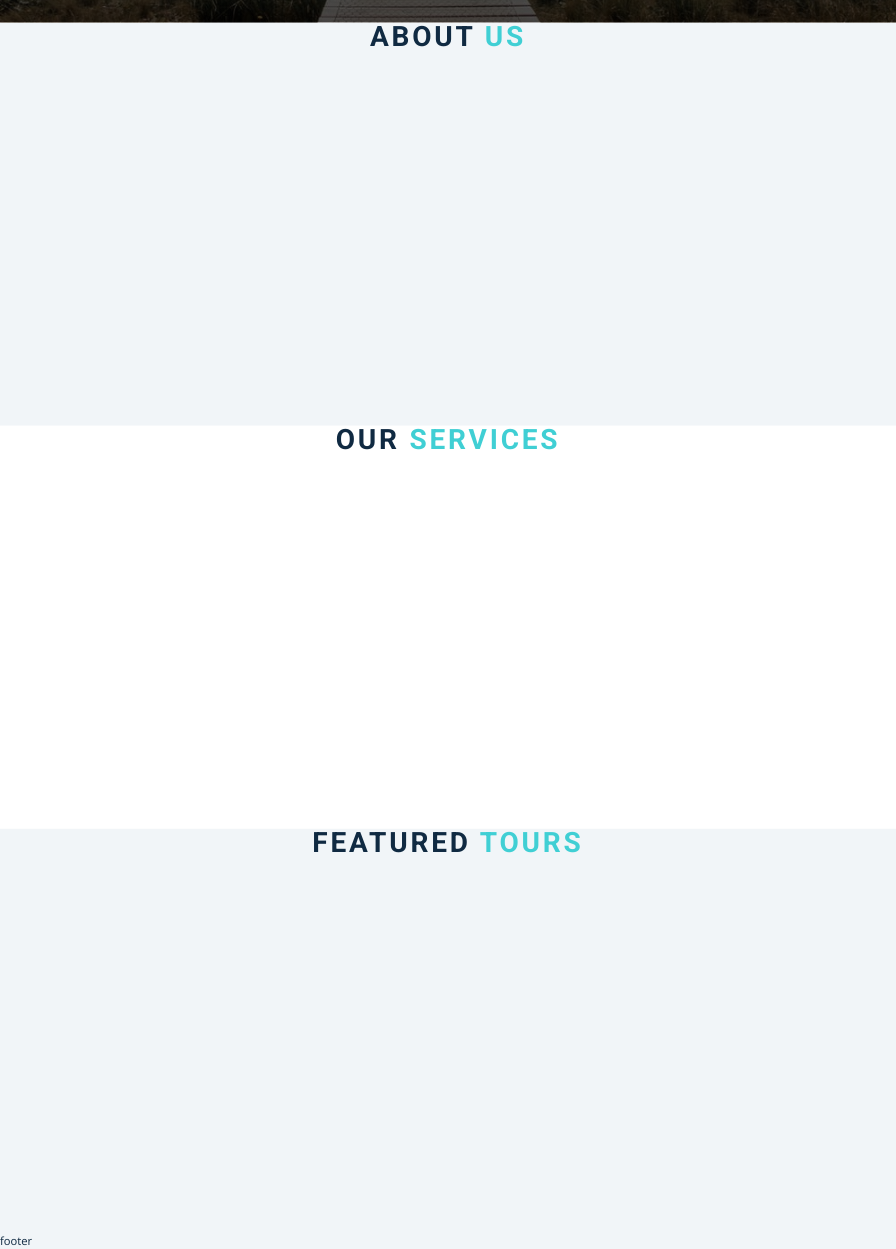
Repository: spidero7/Scroll
Page: index.html
These files come from the project's save history. The page is drawn as it stood at one moment and after a run of saves; the edit follows.
The browser window is 1280 px wide. The pictures show the part of the page from y = 770 to 2690 px (the page is 2554 px tall before and 2690 px after), at 70% of full size.
Some web libraries are served in a nearby version.

Above is the page before, as saved 2021-10-07 07:53:24.

### index.html
<!DOCTYPE html>
<html lang="en">
<head>
    <meta charset="UTF-8">
    <meta http-equiv="X-UA-Compatible" content="IE=edge">
    <meta name="viewport" content="width=device-width, initial-scale=1.0">
    <title>Scroll</title>
    <link rel="stylesheet" href="styles.css">
    <link rel="stylesheet" href="https://cdnjs.cloudflare.com/ajax/libs/font-awesome/5.14.0/css/all.min.css">
</head>
<body>
    <!-- header  -->
    <header id="home">
        <!-- navbar -->
        <nav id="nav">
            <div class="nav-center">
                <!-- nav header  -->
                <div class="nav-header">
                    <img src="./imgs/logo.svg" alt="logo" class="logo"/>
                    <button class="nav-toggle">
                        <i class="fas fa-bars"></i>
                    </button>
                </div>
                <!-- links -->
                <div class="links-container">
                    <ul class="links">
                        <li>
                          <a href="#home" class="scroll-link">home</a>
                        </li>
                        <li>
                          <a href="#about" class="scroll-link">about</a>
                        </li>
                        <li>
                          <a href="#services" class="scroll-link">services</a>
                        </li>
                        <li>
                          <a href="#tours" class="scroll-link">tours</a>
                        </li>
                      </ul>
                </div>
            </div>
        </nav>
        <!-- banner -->
        <div class="banner">
            <div class="container">
                <h1>scroll project</h1>
                <p>
                    Lorem ipsum dolor sit amet consectetur, adipisicing elit. Odio saepe officiis,
                    tempore quae nobis, perferendis id temporibus, harum minima voluptatum animi non
                    praesentium atque? Expedita, possimus deserunt. Sunt, suscipit nulla?
                </p>
                <a href="#tours" class="scroll-link btn btn-white">
                    explore tours
                </a>
            </div>
        </div>
    </header>
    <!-- about -->
    <section id="about" class="section">
        <div class="title">
            <h2>about <span>us</span></h2>
        </div>
    </section>
    <!-- services -->
    <section id="services" class="section">
        <div class="title">
            <h2>our <span>services</span></h2>
        </div>
    </section>
    <!-- tours -->
    <section id="tours" class="section">
        <div class="title">
            <h2>featured <span>tours</span></h2>
        </div>
    </section>
    <!-- footer -->
    footer
    <script src="app.js"></script>
</body>
</html>

### styles.css
/*
===============
Fonts
===============
*/
@import url("https://fonts.googleapis.com/css?family=Open+Sans|Roboto:400,700&display=swap");

/*
===============
Variables
===============
*/

:root {
  /* dark shades of primary color*/
  --clr-primary-1: hsl(205, 86%, 17%);
  --clr-primary-2: hsl(205, 77%, 27%);
  --clr-primary-3: hsl(205, 72%, 37%);
  --clr-primary-4: hsl(205, 63%, 48%);
  /* primary/main color */
  --clr-primary-5: #49a6e9;
  /* lighter shades of primary color */
  --clr-primary-6: hsl(205, 89%, 70%);
  --clr-primary-7: hsl(205, 90%, 76%);
  --clr-primary-8: hsl(205, 86%, 81%);
  --clr-primary-9: hsl(205, 90%, 88%);
  --clr-primary-10: hsl(205, 100%, 96%);
  /* darkest grey - used for headings */
  --clr-grey-1: hsl(209, 61%, 16%);
  --clr-grey-2: hsl(211, 39%, 23%);
  --clr-grey-3: hsl(209, 34%, 30%);
  --clr-grey-4: hsl(209, 28%, 39%);
  /* grey used for paragraphs */
  --clr-grey-5: hsl(210, 22%, 49%);
  --clr-grey-6: hsl(209, 23%, 60%);
  --clr-grey-7: hsl(211, 27%, 70%);
  --clr-grey-8: hsl(210, 31%, 80%);
  --clr-grey-9: hsl(212, 33%, 89%);
  --clr-grey-10: hsl(210, 36%, 96%);
  --clr-white: #fff;
  --clr-red-dark: hsl(360, 67%, 44%);
  --clr-red-light: hsl(360, 71%, 66%);
  --clr-green-dark: hsl(125, 67%, 44%);
  --clr-green-light: hsl(125, 71%, 66%);
  --clr-secondary: hsla(182, 63%, 54%);
  --clr-black: #222;
  --ff-primary: "Roboto", sans-serif;
  --ff-secondary: "Open Sans", sans-serif;
  --transition: all 0.3s linear;
  --spacing: 0.25rem;
  --radius: 0.5rem;
  --light-shadow: 0 5px 15px rgba(0, 0, 0, 0.1);
  --dark-shadow: 0 5px 15px rgba(0, 0, 0, 0.2);
  --max-width: 1170px;
  --fixed-width: 620px;
}
/*
===============
Global Styles
===============
*/
html {
  scroll-behavior: smooth;
}
*,
::after,
::before {
  margin: 0;
  padding: 0;
  box-sizing: border-box;
}
body {
  font-family: var(--ff-secondary);
  background: var(--clr-grey-10);
  color: var(--clr-grey-1);
  line-height: 1.5;
  font-size: 0.875rem;
}
ul {
  list-style-type: none;
}
a {
  text-decoration: none;
}
img:not(.logo) {
  width: 100%;
}
img {
  display: block;
}

h1,
h2,
h3,
h4 {
  letter-spacing: var(--spacing);
  text-transform: capitalize;
  line-height: 1.25;
  margin-bottom: 0.75rem;
  font-family: var(--ff-primary);
}
h1 {
  font-size: 3rem;
}
h2 {
  font-size: 2rem;
}
h3 {
  font-size: 1.25rem;
}
h4 {
  font-size: 0.875rem;
}
p {
  margin-bottom: 1.25rem;
  color: var(--clr-grey-5);
}
@media screen and (min-width: 800px) {
  h1 {
    font-size: 4rem;
  }
  h2 {
    font-size: 2.5rem;
  }
  h3 {
    font-size: 1.75rem;
  }
  h4 {
    font-size: 1rem;
  }
  body {
    font-size: 1rem;
  }
  h1,
  h2,
  h3,
  h4 {
    line-height: 1;
  }
}
/*  global classes */

.btn {
  text-transform: uppercase;
  background: transparent;
  color: var(--clr-black);
  padding: 0.375rem 0.75rem;
  letter-spacing: var(--spacing);
  display: inline-block;
  transition: var(--transition);
  font-size: 0.875rem;
  border: 2px solid var(--clr-black);
  cursor: pointer;
  box-shadow: 0 1px 3px rgba(0, 0, 0, 0.2);
  border-radius: var(--radius);
}
.btn:hover {
  color: var(--clr-white);
  background: var(--clr-black);
}
.btn-white {
  color: var(--clr-white);
  border-color: var(--clr-white);
  border-radius: 0;
  padding: 0.5rem 1rem;
}
.btn:hover {
  background: var(--clr-white);
  color: var(--clr-secondary);
}
/* section */
.section {
  padding-bottom: 5rem;
}

.section-center {
  width: 90vw;
  margin: 0 auto;
  max-width: 1170px;
}
@media screen and (min-width: 992px) {
  .section-center {
    width: 95vw;
  }
}
main {
  min-height: 100vh;
  display: grid;
  place-items: center;
}
/*
===============
Scroll
===============
*/
/* navbar */
nav {
  background: var(--clr-white);
  padding: 1rem 1.5rem;
}
/* fixed nav */
.fixed-nav {
  position: fixed;
  top: 0;
  left: 0;
  width: 100%;
  background: var(--clr-white);
  box-shadow: var(--light-shadow);
}
.fixed-nav .links a {
  color: var(--clr-grey-1);
}
.fixed-nav .links a:hover {
  color: var(--clr-secondary);
}
/* .fixed-nav .links-container {
  height: auto !important;
} */
.nav-header {
  display: flex;
  align-items: center;
  justify-content: space-between;
}
.nav-toggle {
  font-size: 1.5rem;
  color: var(--clr-grey-1);
  background: transparent;
  border-color: transparent;
  transition: var(--transition);
  cursor: pointer;
}
.nav-toggle:hover {
  color: var(--clr-secondary);
}
.logo {
  height: 50px;
}
.links-container {
  height: 0;
  overflow: hidden;
  transition: var(--transition);
}
.show-links {
  height: 200px;
}
.links a {
  background: var(--clr-white);
  color: var(--clr-grey-5);
  font-size: 1.1rem;
  text-transform: capitalize;
  letter-spacing: var(--spacing);
  display: block;
  transition: var(--transition);
  font-weight: bold;
  padding: 0.75rem 0;
}
.links a:hover {
  color: var(--clr-grey-1);
}
@media screen and (min-width: 800px) {
  nav {
    background: transparent;
  }
  .nav-center {
    width: 90vw;
    max-width: 1170px;
    margin: 0 auto;
    display: flex;
    align-items: center;
    justify-content: space-between;
  }
  .nav-header {
    padding: 0;
  }
  .nav-toggle {
    display: none;
  }
  .links-container {
    height: auto !important;
  }
  .links {
    display: flex;
  }
  .links a {
    background: transparent;
    color: var(--clr-white);
    font-size: 1.1rem;
    text-transform: capitalize;
    letter-spacing: var(--spacing);
    display: block;
    transition: var(--transition);
    margin: 0 1rem;
    font-weight: bold;
    padding: 0;
  }
  .links a:hover {
    color: var(--clr-white);
  }
}
/* hero */
header {
  min-height: 100vh;
  background: linear-gradient(rgba(63, 208, 212, 0.5), rgba(0, 0, 0, 0.7)),
    url(./imgs/hero-bcg.jpeg) center/cover no-repeat;
}
.banner {
  min-height: 100vh;
  display: grid;
  place-items: center;
  text-align: center;
}
.container h1 {
  color: var(--clr-white);
  text-transform: uppercase;
}
.container p {
  color: var(--clr-white);
  max-width: 25rem;
  margin: 0 auto;
  margin-bottom: 1.25rem;
}
@media screen and (min-width: 768px) {
  .container p {
    max-width: 40rem;
  }
}
/* sections and title */
.title h2 {
  text-align: center;
  text-transform: uppercase;
}
.title span {
  color: var(--clr-secondary);
}
#about,
#services,
#tours {
  height: 80vh;
}
#services {
  background: var(--clr-white);
}
footer {
  background: var(--clr-grey-1);
  padding: 5rem 1rem;
}
footer p {
  color: var(--clr-white);
  text-align: center;
  text-transform: capitalize;
  letter-spacing: var(--spacing);
  margin-bottom: 0;
}

.top-link {
  font-size: 1.25rem;
  position: fixed;
  bottom: 3rem;
  right: 3rem;
  background: var(--clr-secondary);
  width: 2rem;
  height: 2rem;
  display: grid;
  place-items: center;
  border-radius: var(--radius);
  color: var(--clr-white);
  animation: bounce 2s ease-in-out infinite;

  visibility: hidden;
  z-index: -100;
}
.show-link {
  visibility: visible;
  z-index: 100;
}

@keyframes bounce {
  0% {
    transform: scale(1);
  }
  50% {
    transform: scale(1.5);
  }
  100% {
    transform: scale(1);
  }
}

Loaded but not shown: app.js (no stored copy; drawn as an empty file)

After the next 2 saves:
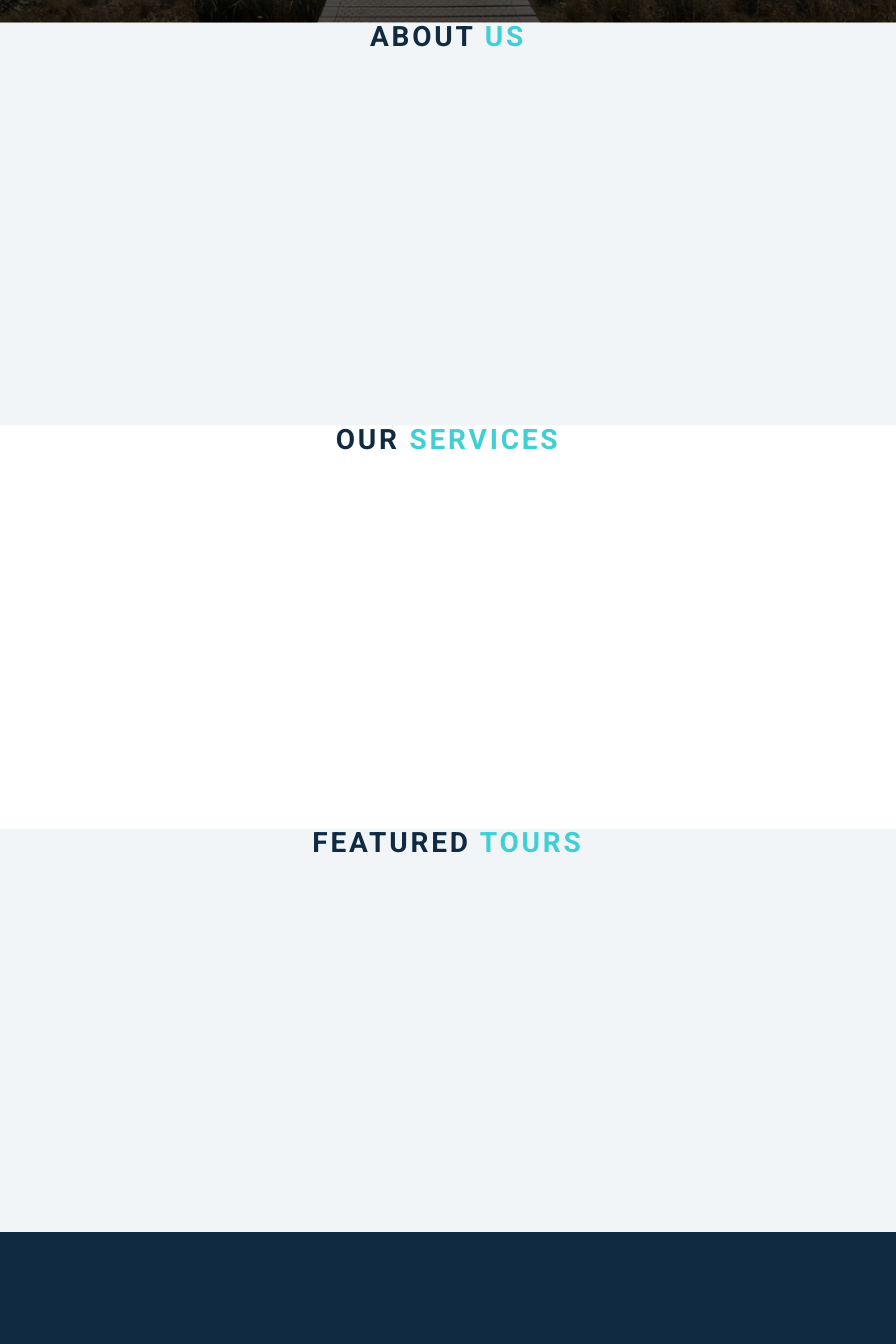
The 2 saves are shown as one change because they came seconds apart.
The last was saved 7 s later.
--- a/index.html
+++ b/index.html
@@ -74,7 +74,9 @@
         </div>
     </section>
     <!-- footer -->
-    footer
+    <footer class="section">
+
+    </footer>
     <script src="app.js"></script>
 </body>
 </html>
